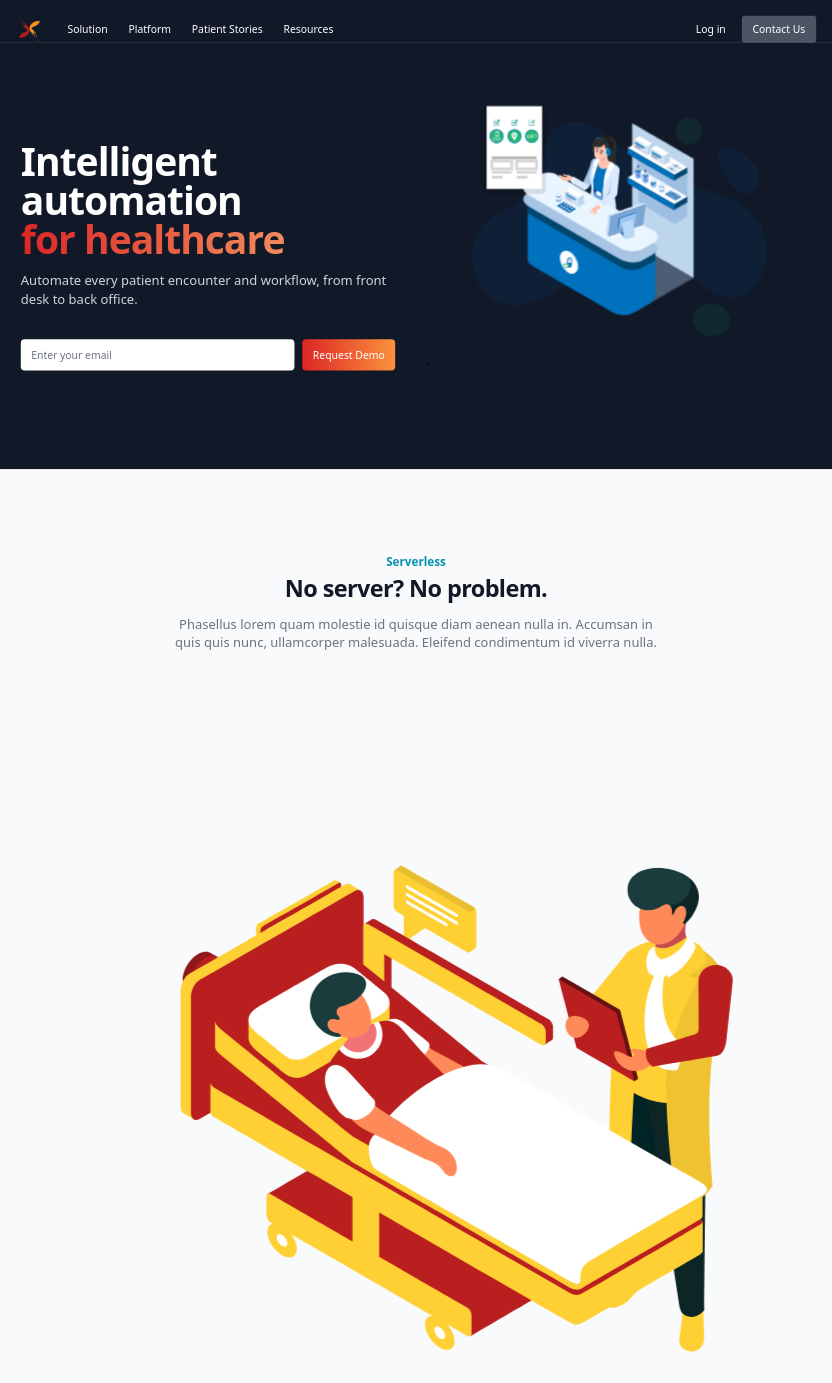
Repository: VinceBrun/medical-web3-app
Page: /
An editor plug-in stored every save of this project. The page is shown before and after a run of saves, followed by the edit.
The browser window is 1280 px wide. The pictures show the whole page, at 65% of full size.
The project was rebuilt for these pictures with package versions that can differ from the ones it lists, and the page was loaded fresh each time. The framework's server and built-in components were replaced by stand-ins that run in the browser. Also part of the build but not shown: next.config.js, styles/Home.module.css.

Above is the page before, as saved 2023-01-12 16:35:42.

After the next 2 saves:
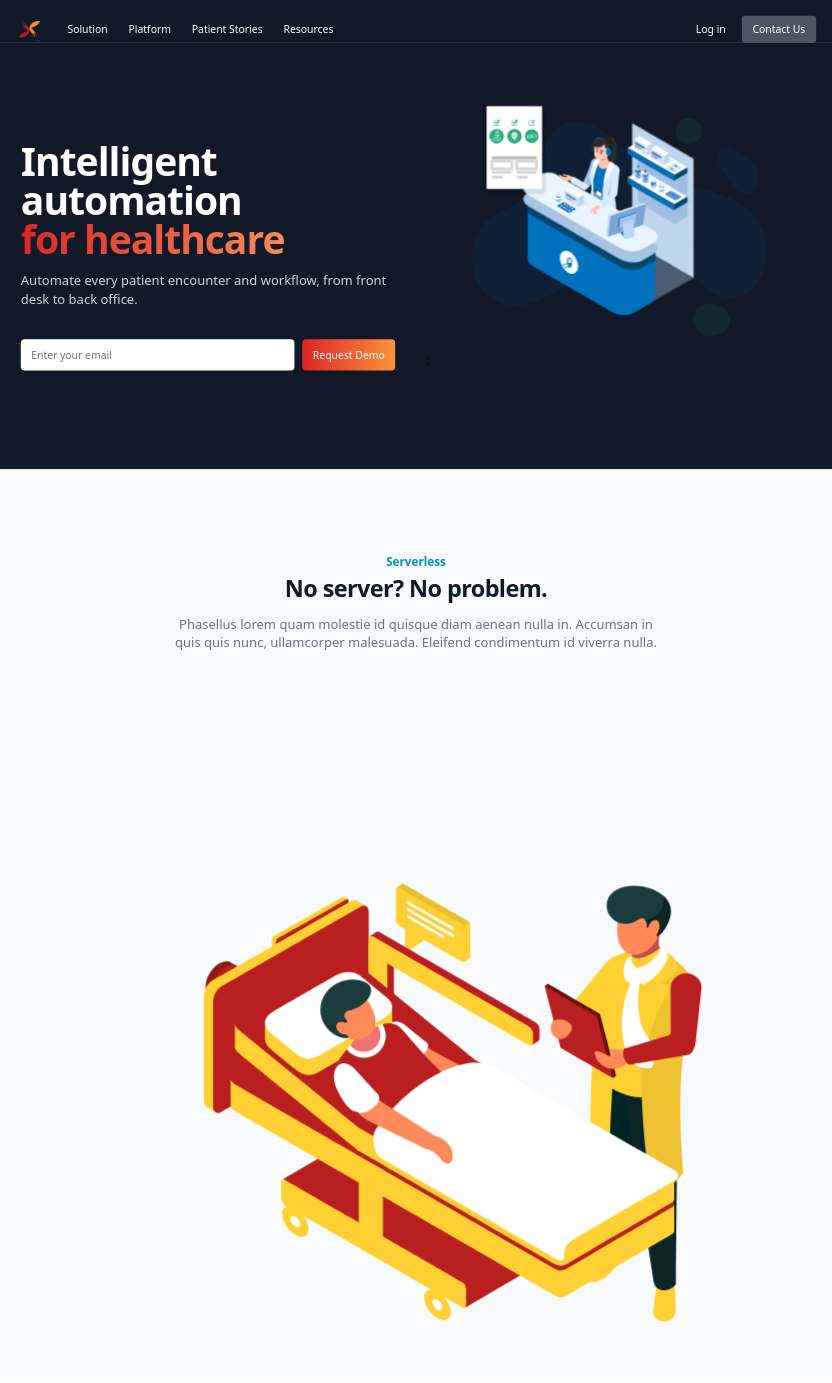
The 2 saves are shown as one change because they came seconds apart.
The last was saved 11 s later.
--- a/components/Landing.jsx
+++ b/components/Landing.jsx
@@ -408,7 +408,7 @@ export default function Landing() {
                   condimentum id viverra nulla.
                 </p>
               </div>
-              <div className="mt-1 p-10 -mb-10 sm:-mb-24 lg:-mb-80">
+              <div className="mt-1 p-24 -mb-10 sm:-mb-24 lg:-mb-80">
                 <Lottie animationData={medicalpatient} loop={true} />;
               </div>
             </div>
